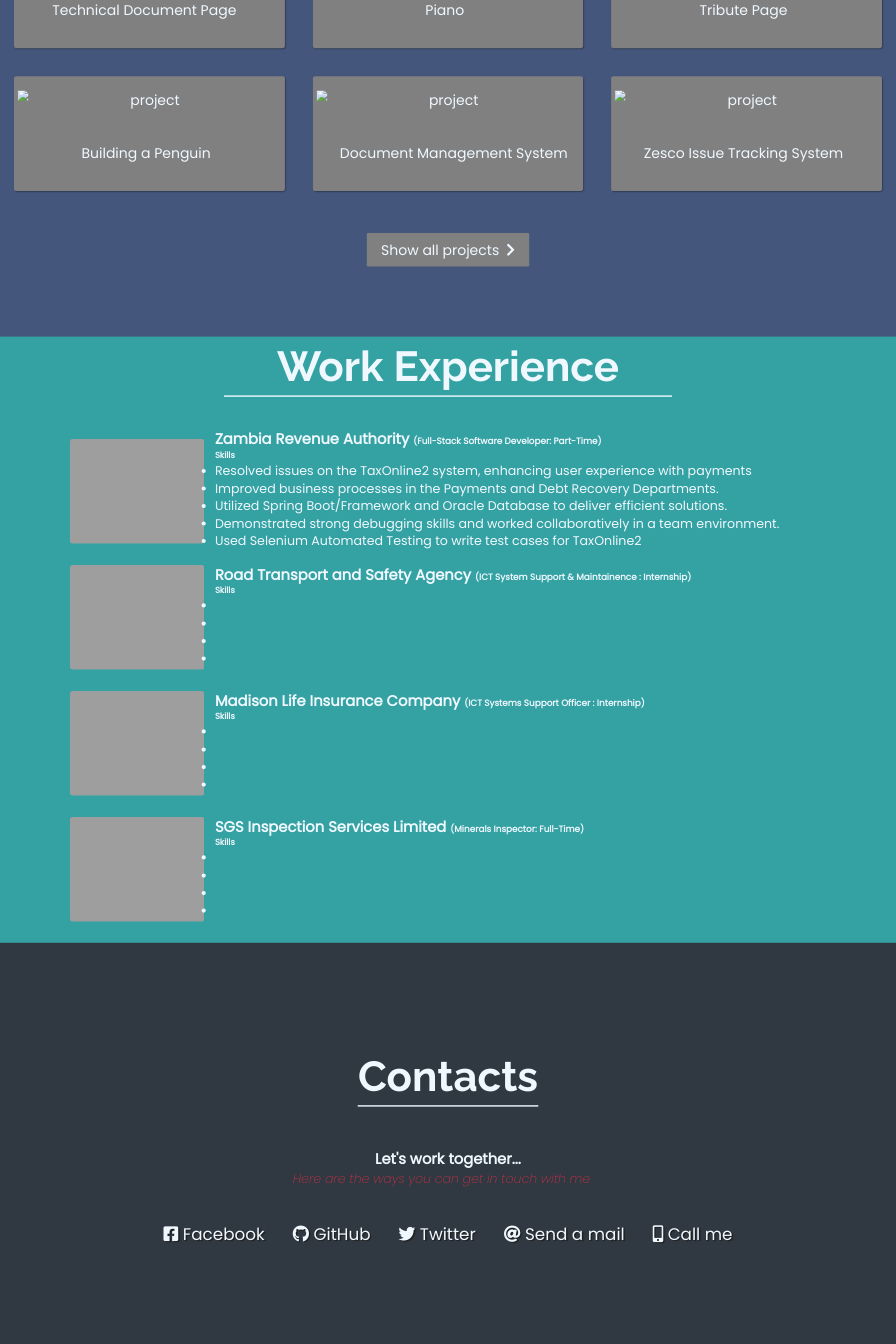
Repository: Lungdjos/personal_portifolio
Page: html/index.html
These files come from the project's save history. The page is drawn as it stood at one moment and after the next save; the edit follows.
The browser window is 1280 px wide. The pictures show the part of the page from y = 1117 to 3037 px (the page is 3144 px tall), at 70% of full size.
Pictures or frames that could not be fetched are drawn as grey boxes. Some web libraries are served in a nearby version.

Above is the page before, as saved 2024-02-04 02:23:36.

### html/index.html
<!DOCTYPE html>
<html lang="en">

<head>
    <meta charset="UTF-8">
    <meta name="viewport" content="width=device-width, initial-scale=1.0">
    <title>Personal Portifolio</title>
    <link rel="stylesheet" href="/css/styles.css">
    <link rel="stylesheet" href="https://use.fontawesome.com/releases/v5.8.2/css/all.css" integrity="sha384-oS3vJWv+0UjzBfQzYUhtDYW+Pj2yciDJxpsK1OYPAYjqT085Qq/1cq5FLXAZQ7Ay" crossorigin="anonymous">
    <link href="https://fonts.googleapis.com/css?family=Poppins:200i,300,400&amp;display=swap" rel="stylesheet">
    <link href="https://fonts.googleapis.com/css?family=Raleway:700&amp;display=swap" rel="stylesheet">
    <script src="edge-extension://ajdpfmkffanmkhejnopjppegokpogffp/assets/prompt.js"></script>
</head>

<body>
    <header class="header">
        <nav id="navbar">
            <ul class="nav-list">
                <li><a href="#welcome-section" class="nav-link"><i class=""></i>Home</a></li>
                <li>
                    <a href="#project-section" class="nav-link"> <i class=""></i>Projects</a>
                </li>
                <li>
                    <a href="#work-experience-section" class="nav-link"> <i class=""></i>Experience</a>
                </li>
                <li><a href="#contact-section" class="nav-link"><i class=""></i>Contacts</a></li>
            </ul>
        </nav>
    </header>
    <main class="m-3">
        <div id="spacer"></div>
        <section class="home" id="welcome-section">
            <div id="welcome-section">
                <h1 id="title">Hi there, I am Lungu</h1>
                <p id="sub-title"><span>a</span> <span>full-stack</span> <span>software</span> <span>developer</span></p>
            </div>
        </section>

        <div id="spacer"></div>
        <section class="project-section" id="project-section">
            <h1 id="project-heading" class="heading">Here are some Projects I have done</h1>

            <div class="project-grid">
                <a href="#" target="_blank" class="project project-title">
                    <img class="project-image" src="" alt="project">
                    <p class="project-title">
                        <span class="code">&lt;</span>Technical Document Page
                        <span class="code">/&gt;</span>
                    </p>
                </a>

                <a href="#" target="_blank" class="project project-title">
                    <img class="project-image" src="" alt="project">
                    <p class="project-title">
                        <span class="code">&lt;</span> Piano
                        <span class="code">/&gt;</span>
                    </p>
                </a>

                <a href="#" target="_blank" class="project project-title">
                    <img class="project-image" src="" alt="project">
                    <p class="project-title">
                        <span class="code">&lt;</span> Tribute Page
                        <span class="code">/&gt;</span>
                    </p>
                </a>

                <a href="#" target="_blank" class="project project-title">
                    <img class="project-image" src="" alt="project">
                    <p class="project-title">
                        <span class="code">&lt;</span> Building a Penguin
                        <span class="code">/&gt;</span>
                    </p>
                </a>

                <a href="#" target="_blank" class="project project-title">
                    <img class="project-image" src="" alt="project">
                    <p class="project-title">
                        <span class="code">&lt;</span> Document Management System
                        <span class="code">/&gt;</span>
                    </p>
                </a>

                <a href="#" target="_blank" class="project project-title">
                    <img class="project-image" src="" alt="project">
                    <p class="project-title">
                        <span class="code">&lt;</span> Zesco Issue Tracking System
                        <span class="code">/&gt;</span>
                    </p>
                </a>
            </div>

            <a href="#" class="btn btn-show-all" target="_blank">Show all projects<i class="fas fa-chevron-right"></i></a>
        </section>
        <div id="spacer"></div>
        <section class="work-exp-section" id="work-experience-section">
            <h1 class="heading work-exp-heading">Work Experience</h1>
            <div id="grid">
                <div id="icon"><img src="https://th.bing.com/th?id=OIP.rCZtK_dDgujHTn0u4EiHUwHaEX&w=325&h=191&c=8&rs=1&qlt=90&o=6&pid=3.1&rm=2" alt="icon"></div>
                <div class="experience">
                    <h3>Zambia Revenue Authority <small>(Full-Stack Software Developer: Part-Time)</small></h3>
                    <h6 class="skills">Skills</h6>
                    <p>
                        <ul>
                            <li>Resolved issues on the TaxOnline2 system, enhancing user experience with payments</li>
                            <li>Improved business processes in the Payments and Debt Recovery Departments.</li>
                            <li>Utilized Spring Boot/Framework and Oracle Database to deliver efficient solutions.</li>
                            <li>Demonstrated strong debugging skills and worked collaboratively in a team environment.</li>
                            <li>Used Selenium Automated Testing to write test cases for TaxOnline2</li>
                        </ul>
                    </p>
                </div>
            </div>

            <div id="grid">
                <div id="icon"><img src="https://th.bing.com/th?id=OIP.iDj6ErR_9QzKQiRz5T8xHQAAAA&w=158&h=159&c=8&rs=1&qlt=90&o=6&pid=3.1&rm=2" alt="icon"></div>
                <div class="experience">
                    <h3>Road Transport and Safety Agency <small>(ICT System Support & Maintainence : Internship)</small></h3>
                    <h6 class="skills">Skills</h6>
                    <p>
                        <ul>
                            <li></li>
                            <li></li>
                            <li></li>
                            <li></li>
                        </ul>
                    </p>
                </div>
            </div>

            <div id="grid">
                <div id="icon"><img src="https://th.bing.com/th?id=OIP.sgcljO8ZBHyturyXo14g8wAAAA&w=216&h=103&c=8&rs=1&qlt=90&o=6&pid=3.1&rm=2" alt="icon"></div>
                <div class="experience">
                    <h3>Madison Life Insurance Company <small>(ICT Systems Support Officer : Internship)</small></h3>
                    <h6 class="skills">Skills</h6>
                    <p>
                        <ul>
                            <li></li>
                            <li></li>
                            <li></li>
                            <li></li>
                        </ul>
                    </p>
                </div>
            </div>

            <div id="grid">
                <div id="icon"><img src="https://th.bing.com/th?id=OIP.TdyvCMy5NlyppvpqZwovrAHaE8&w=306&h=204&c=8&rs=1&qlt=90&o=6&pid=3.1&rm=2" alt="icon"></div>
                <div class="experience">
                    <h3>SGS Inspection Services Limited <small>(Minerals Inspector: Full-Time)</small></h3>
                    <h6 class="skills">Skills</h6>
                    <p>
                        <ul>
                            <li></li>
                            <li></li>
                            <li></li>
                            <li></li>
                        </ul>
                    </p>
                </div>
            </div>
        </section>
        <div id="spacer"></div>
        <section class="contact-section" id="contact-section">
            <h1 class="heading contacts-heading">Contacts</h1>
            <div class="contact-section-header">
                <h3>Let's work together...</h3>
                <p>Here are the ways you can get in touch with me <i class="fa-duotone fa-phone"></i></p>
            </div>
            <div id="contact-links">
                <a href="https://facebook.com/freecodecamp" target="_blank" class="btn contact-details"><i class="fab fa-facebook-square"></i> Facebook</a>
                <a id="profile-link" href="https://github.com/freecodecamp" target="_blank" class="btn contact-details"><i class="fab fa-github"></i> GitHub</a>
                <a href="https://twitter.com/freecodecamp" target="_blank" class="btn contact-details"><i class="fab fa-twitter"></i> Twitter</a>
                <a href="mailto:example@example.com" class="btn contact-details"><i class="fas fa-at"></i> Send a mail</a>
                <a href="tel:555-555-5555" class="btn contact-details"><i class="fas fa-mobile-alt"></i> Call me</a>
            </div>
        </section>
    </main>
    <footer>
        <ul>
            <li><a href="">Privacy</a></li>
            <li><a href="">Contacts</a></li>
            <li><a href="">About Us</a></li>
        </ul>
        <span>&REG;Radix Enterprise Ltd. &copy; 2024</span>
    </footer>
</body>

</html>

### css/styles.css
/** STYLING FOR THE PORTIFOLIO **/


/* the root selector */

:root {
    /* colors */
    --col-1: aliceblue;
    --col-2: grey;
    --col-3: orangered;
    --col-4: #be3144;
    --bc-1: #34a2a2;
    --bc-2: #0b2e28;
    --bc-3: #123b3b;
    --bc-4: #45567d;
    --bc-5: #303841;
    /* values */
}


/* general stylings */

html {
    font-size: 62.5%;
    box-sizing: border-box;
    scroll-behavior: smooth;
}

* {
    margin: 0;
    padding: 0;
}


/* box-sizing and font sizing */

*,
*::before,
*::after {
    box-sizing: inherit;
}


/* body styling */

body {
    font-family: 'Poppins', sans-serif;
    font-size: 1.8rem;
    font-weight: 400;
    line-height: 1.4;
    color: var(--col-1);
    background-color: var(--bc-1);
}


/* headings styling */

h1,
h2 {
    font-family: 'Raleway', sans-serif;
    font-weight: 600;
    text-align: center;
}

h1 {
    font-size: 6rem;
}

h2 {
    font-size: 4.2rem;
}


/* List and anchor styling */

ul {
    list-style: none;
}

a {
    color: var(--col-1);
    text-decoration: none;
}

img {
    display: block;
    width: 100%;
}


/** NAVIGATION BAR */


/* nav bar styling */

nav {
    font-weight: 600;
}

.header {
    display: flex;
    justify-content: flex-end;
    position: fixed;
    top: 0;
    left: 0;
    width: 100%;
    box-shadow: 0 2px 0 rgba(0, 0, 0, 0.4);
    z-index: 10;
    background-color: var(--bc-2);
}

nav>ul {
    display: flex;
    margin-right: 2rem;
    text-transform: uppercase;
}

.nav-list a {
    display: block;
    font-size: 2.2rem;
    padding: 2rem;
}

.nav-list a:hover {
    background: var(--bc-4);
}

.nav-list a:visited {
    border-bottom: .2rem solid #ff6347;
}


/* body styling */

#spacer {
    max-width: 1000px;
    width: 100%;
    margin: 0 auto;
}

main li {
    list-style-type: disc;
}


/** HOME PAGE */


/* Styling or the Home Page */

.home {
    width: 100%;
    height: 100vh;
    display: flex;
    flex-direction: column;
    justify-content: center;
    align-items: center;
    background: inherit;
    background-image: linear-gradient(62deg, #3a3d40 0%, #181719 100%);
}

#welcome-section>p {
    font-size: 3rem;
    font-weight: 200;
    font-style: italic;
    color: #d0a;
}

#title {
    transform-origin: center;
    animation: rotateAndChangeColor 14s infinite ease-in-out;
}

#sub-title {
    text-indent: 10px;
}

#sub-title span {
    display: inline-block;
    animation: fallAnimation 4s infinite ease-in-out forwards;
}


/** PROJECTS */


/* styling for projects */

.project-section {
    text-align: center;
    padding: 10rem 2rem;
    background: var(--bc-4);
}

.heading {
    max-width: 640px;
    margin: 0 auto 6rem auto;
    border-bottom: .2rem solid var(--col-1);
}


/* grids */

.project-grid {
    display: grid;
    grid-template-columns: repeat(auto-fit, minmax(360px, 1fr));
    grid-gap: 4rem;
    width: 100%;
    max-width: 1280px;
    margin: 0 auto;
    margin-bottom: 6rem;
}


/* individual projects */

.project {
    background: var(--col-2);
    box-shadow: 1px 1px 2px rgba(0, 0, 0, 0.4);
    border-radius: 3px;
}

.code {
    color: var(--col-2);
    transition: color 0.3s ease-out;
}

.project:hover .code {
    color: var(--col-3);
}

.project-image {
    height: calc(100% - 6.8rem);
    width: 100%;
    object-fit: cover;
}

.project-title {
    font-size: 2rem;
    padding: 2rem 0.5rem;
}

.btn {
    display: inline-block;
    padding: 1rem 2rem;
    border-radius: 2px;
}

.btn-show-all {
    font-size: 2rem;
    background: var(--col-2);
    transition: background 0.3s ease-out;
}

.btn-show-all:hover {
    background: var(--col-3);
}

.btn-show-all:hover>i {
    transform: translateX(2px);
}

.btn-show-all>i {
    margin-left: 10px;
    transform: translateX(0);
    transition: transform 0.3s ease-out;
}


/** WORK EXPERIENCE */

#work-experience-section {
    justify-content: center;
}

.work-exp-section small {
    font-size: 60%;
}

#work-experience-section #icon {
    display: flex;
    flex-direction: column;
    justify-content: center;
    align-items: center;
}

#work-experience-section img {
    border-radius: 3%;
    height: 150px;
    width: 15vw;
    margin-right: ;
}

#work-experience-section .experience {
    display: flex;
    flex-direction: column;
    justify-content: center;
    height: 125px;
    width: 80vw;
    padding: 5px;
    margin: 1rem;
}

#grid {
    display: flex;
    margin: 3rem;
    margin-left: 10rem;
}

.experience {
    text-align: justify;
}

.skills {
    color: var(--col-1);
}


/** CONTACTS */

#contact-section {
    display: flex;
    flex-direction: column;
    justify-content: center;
    align-items: center;
    text-align: center;
    padding: 0 3rem;
    width: 100%;
    height: 82vh;
    background: var(--bc-5);
}

.contact-section-header>h2 {
    font-size: 6rem;
}

.contact-section-header>p {
    font-style: italic;
    color: var(--col-4);
}

#contact-links {
    display: flex;
    justify-content: center;
    width: 100%;
    max-width: 980px;
    margin-top: 4rem;
    flex-wrap: wrap;
}

.contact-details {
    font-size: 2.4rem;
    text-shadow: 2px 2px 1px #1f1f1f;
    transition: transform 0.3s ease-out;
}

.contact-details:hover {
    transform: translateY(10px);
    color: var(--col-4);
}


/** FOOTER */


/* footer styling */

footer {
    font-weight: 300;
    padding: 2rem;
    background-color: var(--bc-3);
    border-top: 6px solid var(--bc-2);
}

footer>ul {
    display: flex;
    justify-content: flex-end;
}

footer>ul>li {
    padding: 0 12px;
}

footer>span {
    display: flex;
    justify-content: flex-end;
    margin-top: 6px;
    font-size: .9rem;
    font-weight: bold;
}


/** ANIMATIONS AND EFFECTS */


/* Welcome Page Animations */

@keyframes rotateAndChangeColor {
    0% {
        transform: rotateY(0deg);
        color: #333;
    }
    30% {
        transform: rotateY(360deg);
        color: #2e604a;
    }
    60% {
        transform: rotate(0deg);
        color: #45567d;
    }
    90% {
        transform: rotate(360deg);
        color: #ff6347;
    }
}

@keyframes fallAnimation {
    0% {
        transform: translateY(-60px);
        opacity: 0;
    }
    50% {
        transform: translateY(-60px);
        opacity: 0.4;
    }
    100% {
        transform: translateY(0);
        opacity: 1;
    }
}


/** STYLING FOR SMALL DEVICES */


/* 1200px / 16px = 75em */

@media (max-width: 75em) {
    html {
        font-size: 60%;
    }
}


/* 980px / 16px = 61.25em */

@media (max-width: 61.25em) {
    html {
        font-size: 58%;
    }
}


/* 460px / 16px = 28.75em */

@media (max-width: 28.75em) {
    html {
        font-size: 55%;
    }
}


/** NAV-BAR */


/* nav bar media queries */

@media (max-width: 28.75em) {
    #navbar {
        justify-content: center;
    }
    .nav-list {
        margin: 0 1rem;
    }
}


/** PROJECTS */


/* projects media query */

@media (max-width: 28.75em) {
    #project-heading {
        font-size: 4rem;
    }
}

@media (max-width: 30.625em) {
    .project-section {
        padding: 6rem 1rem;
    }
    .project-grid {
        grid-template-columns: 1fr;
    }
}


/** WORK EXPERIENCE */

@media (max-width: 550px) {
    #work-experience-section #icon {
        display: none;
    }
}

@media (max-width: 550px) {
    #work-experience-section .experience {
        width: 100%;
        text-align: center;
        padding: 0;
        height: 150px;
    }
}

@media (max-width: 650px) {
    #work-experience-section {
        margin-top: 0;
    }
}


/** CONTACTS */

@media (max-width: 28.75em) {
    .contact-section-header>h2 {
        font-size: 4rem;
    }
}


/** FOOTER */


/* footer */

@media (max-width: 28.75em) {
    footer {
        flex-direction: column;
        text-align: center;
    }
}

After the next save:
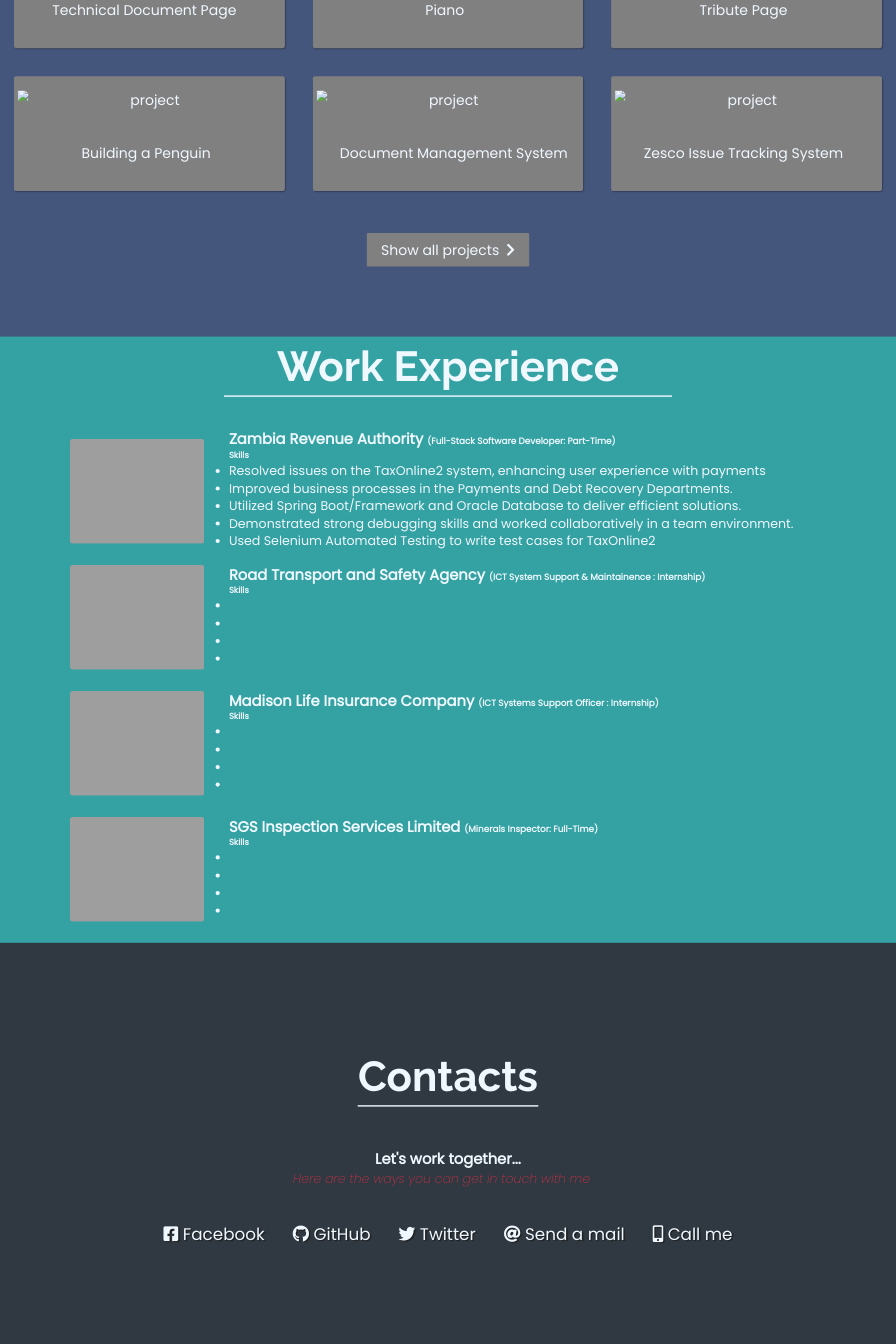
Saved 5 s later.
--- a/css/styles.css
+++ b/css/styles.css
@@ -288,7 +288,7 @@
     border-radius: 3%;
     height: 150px;
     width: 15vw;
-    margin-right: ;
+    margin-right: 2rem;
 }
 
 #work-experience-section .experience {
